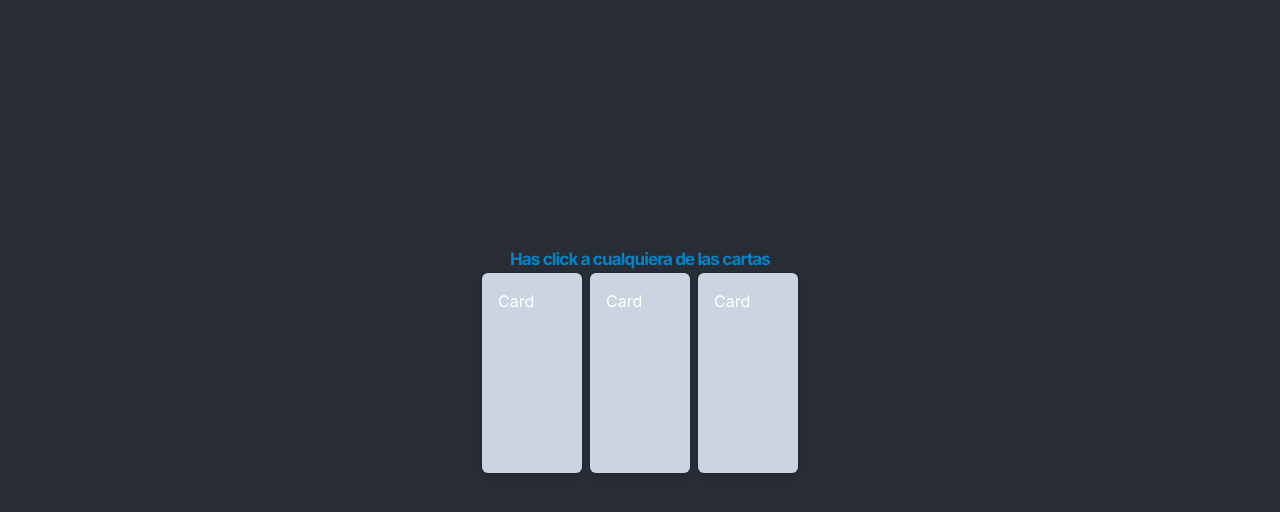
Repository: devsecops-node/simple-play
Page: /recomendations
The author's editor kept a copy of each file at every save. The page is drawn from the files as they stood at one save, then again after the next save.
The browser window is 1280 px wide. The pictures show the whole page.
The project was rebuilt for these pictures with package versions that can differ from the ones it lists, and the page was loaded fresh each time. The framework's server and built-in components were replaced by stand-ins that run in the browser. Also part of the build but not shown: next.config.mjs.

Above is the page before, as saved 2024-06-21 17:03:24.

### src/app/recomendations/page.tsx
import React from 'react'
import Container from '../_components/Container'
import { RecomendationUI } from '../_components/RecomendationsSearch'
import Card from '../_components/Card'

export interface RecomendationUI2 {
  id: number
  recomenda: string
}

const page = () => {
  const recom: RecomendationUI2[] = [{ id: 1, recomenda: 'tus ojos hacen que las estrellas parezcan que no brillan' }, { id: 1, recomenda: 'tus ojos hacen que las estrellas parezcan que no brillan' }, { id: 1, recomenda: 'tus ojos hacen que las estrellas parezcan que no brillan' }]
  return (
    <Container>
      <h1 className='tracking-tighter text-sky-600 font-bold text-[17px]'>Has click a cualquiera de las cartas</h1>
      <div className='grid grid-cols-3 gap-2'>
        {recom.map((dat)=>(
          <Card key={dat.id}/>
        ))}
      </div>
    </Container>
  )
}

export default page

### src/app/globals.css
@tailwind base;
@tailwind components;
@tailwind utilities;

:root {
  --foreground-rgb: 0, 0, 0;
  --background-start-rgb: 214, 219, 220;
  --background-end-rgb: 255, 255, 255;
}

@media (prefers-color-scheme: dark) {
  :root {
    --foreground-rgb: 255, 255, 255;
    --background-start-rgb: 0, 0, 0;
    --background-end-rgb: 0, 0, 0;
  }
}

body {
  color: rgb(var(--foreground-rgb));
  background: linear-gradient(to bottom,
      transparent,
      rgb(var(--background-end-rgb))) rgb(var(--background-start-rgb));
}

@layer utilities {
  .text-balance {
    text-wrap: balance;
  }
}

input {
  color: black;
  padding: 3px 5px;
  border-radius: 0.125rem;
  -webkit-border-radius: 0.125rem;
  -moz-border-radius: 0.125rem;
  -ms-border-radius: 0.125rem;
  -o-border-radius: 0.125rem;
  font-size: 15px;
  border: none;
}

input[type=text]:focus {
  outline: 2px solid #0284c7;
}

### src/app/_components/Container.tsx
import React from 'react'

const Container = ({ children }: { children: React.ReactNode }) => {
  return (
    <div className='bg-[#282c34] h-screen text-white flex flex-col items-center justify-center'>
      {children}
    </div>
  )
}

export default Container

### src/app/_components/Card.tsx
import React from 'react'

const Card = () => {
  return (
    <div className='h-[200px] w-[100px] p-4 rounded-md bg-slate-300 shadow-md'>Card</div>
  )
}

export default Card

Loaded but not shown: src/app/layout.tsx (common file); tailwind.config.ts (common file)

After the next save:
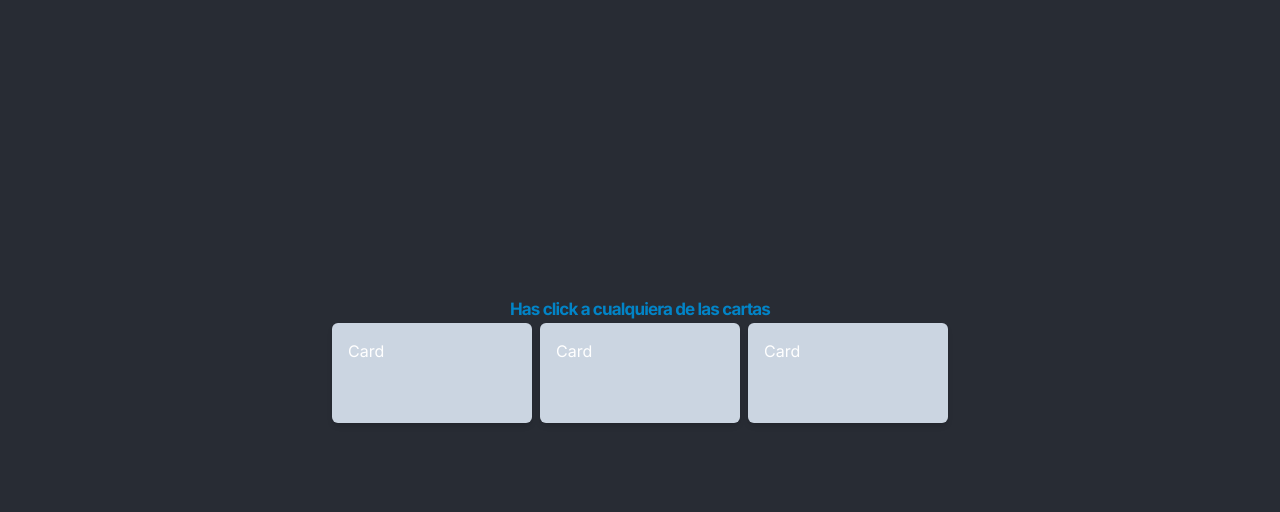
Saved 6 s later.
--- a/src/app/_components/Card.tsx
+++ b/src/app/_components/Card.tsx
@@ -2,7 +2,7 @@ import React from 'react'
 
 const Card = () => {
   return (
-    <div className='h-[200px] w-[100px] p-4 rounded-md bg-slate-300 shadow-md'>Card</div>
+    <div className='h-[100px] w-[200px] p-4 rounded-md bg-slate-300 shadow-md'>Card</div>
   )
 }
 
